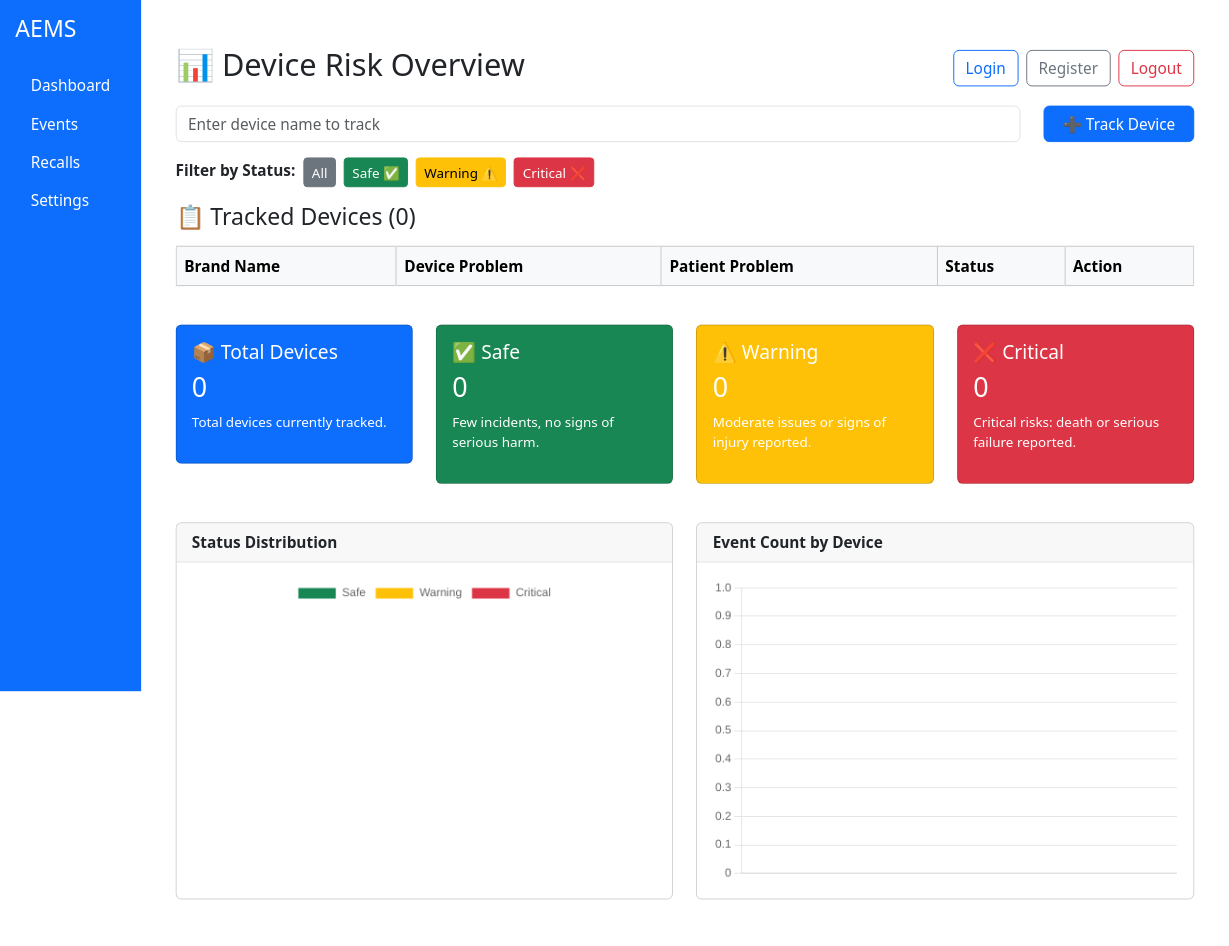
Repository: Sarary2/AEMS_2MVP
Page: / (app in frontend/AEMS/)
An editor plug-in stored every save of this project. The page is shown before and after the next save, followed by the edit.
The browser window is 1280 px wide. The pictures show the whole page, at 96% of full size.
The page's requests for data from a server got no answer. The project was rebuilt for these pictures with package versions that can differ from the ones it lists, and the page was loaded fresh each time. No one was signed in, and anything a server would have sent is missing. Also part of the build but not shown: frontend/AEMS/vite.config.js, frontend/AEMS/src/components/DeviceRow.jsx, frontend/AEMS/src/pages/Events.jsx, frontend/AEMS/src/firebase.js, frontend/AEMS/src/pages/Login.jsx, frontend/AEMS/src/pages/Register.jsx.

Above is the page before, as saved 2025-05-06 13:10:11.

### frontend/AEMS/src/main.jsx
import React from 'react';
import ReactDOM from 'react-dom/client';
import App from './App.jsx';
import 'bootstrap/dist/css/bootstrap.min.css';

ReactDOM.createRoot(document.getElementById('root')).render(
  <React.StrictMode>
    <App />
  </React.StrictMode>
);

### frontend/AEMS/src/App.jsx
import { BrowserRouter as Router, Routes, Route, useLocation } from 'react-router-dom';
import Sidebar from './components/Sidebar';
import Dashboard from './pages/Dashboard';
import Events from './pages/Events';
import Login from './pages/Login';
import Register from './pages/Register';

function LayoutWithSidebar({ children }) {
  return (
    <div className="d-flex">
      <Sidebar />
      <div className="p-4 flex-grow-1">
        {children}
      </div>
    </div>
  );
}

function AppRoutes() {
  const location = useLocation();
  const hideSidebar = ['/login', '/register'].includes(location.pathname);

  return hideSidebar ? (
    <Routes>
      <Route path="/login" element={<Login />} />
      <Route path="/register" element={<Register />} />
    </Routes>
  ) : (
    <LayoutWithSidebar>
      <Routes>
        <Route path="/" element={<Dashboard />} />
        <Route path="/events" element={<Events />} />
      </Routes>
    </LayoutWithSidebar>
  );
}

export default function App() {
  return (
    <Router>
      <AppRoutes />
    </Router>
  );
}

### frontend/AEMS/src/components/Sidebar.jsx
import { Link } from 'react-router-dom';

export default function Sidebar() {
  return (
    <div className="bg-primary text-white vh-100 p-3">
      <h4 className="text-white">AEMS</h4>
      <ul className="nav flex-column mt-4">
        <li className="nav-item"><Link className="nav-link text-white" to="/">Dashboard</Link></li>
        <li className="nav-item"><Link className="nav-link text-white" to="/events">Events</Link></li>
        <li className="nav-item"><Link className="nav-link text-white" to="/recalls">Recalls</Link></li>
        <li className="nav-item"><Link className="nav-link text-white" to="/settings">Settings</Link></li>
        <li className="nav-item">
  <a className="nav-link" href="/tracked">My Devices</a>
</li>
      </ul>
    </div>
  );
}

### frontend/AEMS/src/pages/Dashboard.jsx
import { useEffect, useState } from 'react';
import { useNavigate } from 'react-router-dom';
import StatCard from '../components/StatCard';
import DeviceRow from '../components/DeviceRow';
import StatusChart from '../components/StatusChart';
import EventsChart from '../components/EventsChart';

export default function Dashboard() {
  const [devices, setDevices] = useState([]);
  const [filter, setFilter] = useState('All');
  const [tracked, setTracked] = useState(() =>
    JSON.parse(localStorage.getItem('trackedDevices') || '[]')
  );
  const [deviceInput, setDeviceInput] = useState('');
  const navigate = useNavigate();

  useEffect(() => {
    fetch('http://localhost:5001/api/devices/all')
      .then(res => res.json())
      .then(data => setDevices(data))
      .catch(err => console.error('Failed to fetch devices', err));
  }, []);

  const handleTrackAdd = () => {
    const input = deviceInput.trim().toLowerCase();
    if (!input || tracked.includes(input)) return;
    const updated = [...tracked, input];
    setTracked(updated);
    localStorage.setItem('trackedDevices', JSON.stringify(updated));
    setDeviceInput('');
  };

  const handleTrackRemove = (brandName) => {
    const normalized = tracked.find(t => brandName.toLowerCase().includes(t));
    if (!normalized) return;
    const updated = tracked.filter(t => t !== normalized);
    setTracked(updated);
    localStorage.setItem('trackedDevices', JSON.stringify(updated));
  };

  const matchedTrackedDevices = devices.filter(d =>
    tracked.some(t => d.brandName.toLowerCase().includes(t))
  );

  const filteredDevices =
    filter === 'All'
      ? matchedTrackedDevices
      : matchedTrackedDevices.filter(d => d.status === filter);

  const getStatusCounts = () => {
    const safe = filteredDevices.filter(d => d.status === 'Safe').length;
    const warning = filteredDevices.filter(d => d.status === 'Warning').length;
    const critical = filteredDevices.filter(d => d.status === 'Critical').length;
    return {
      total: filteredDevices.length,
      safe,
      warning,
      critical,
    };
  };

  const { total, safe, warning, critical } = getStatusCounts();

  const statusIcons = {
    Safe: '✅',
    Warning: '⚠️',
    Critical: '❌',
  };

  return (
    <div className="container-fluid">
      <div className="d-flex justify-content-between align-items-center mt-4 mb-3">
        <h2>📊 Device Risk Overview</h2>
        <div>
          <button className="btn btn-outline-primary me-2" onClick={() => navigate('/login')}>Login</button>
          <button className="btn btn-outline-secondary me-2" onClick={() => navigate('/register')}>Register</button>
          <button className="btn btn-outline-danger" onClick={() => alert('🔒 Logged out')}>Logout</button>
        </div>
      </div>

      <div className="mb-3 row">
        <div className="col-md-10">
          <input
            placeholder="Enter device name to track"
            className="form-control"
            value={deviceInput}
            onChange={(e) => setDeviceInput(e.target.value)}
          />
        </div>
        <div className="col-md-2">
          <button className="btn btn-primary w-100" onClick={handleTrackAdd}>
            ➕ Track Device
          </button>
        </div>
      </div>

      <div className="mb-3">
        <strong>Filter by Status:</strong>{' '}
        {['All', 'Safe', 'Warning', 'Critical'].map((s) => (
          <button
            key={s}
            className={`btn btn-sm mx-1 btn-${s === 'All' ? 'secondary' : s === 'Safe' ? 'success' : s === 'Warning' ? 'warning' : 'danger'}`}
            onClick={() => setFilter(s)}
          >
            {s} {statusIcons[s] || ''}
          </button>
        ))}
      </div>

      <h4>📋 Tracked Devices ({filteredDevices.length})</h4>
      <div className="table-responsive mb-4">
        <table className="table table-striped table-bordered mt-2">
          <thead className="table-light">
            <tr>
              <th>Brand Name</th>
              <th>Device Problem</th>
              <th>Patient Problem</th>
              <th>Status</th>
              <th>Action</th>
            </tr>
          </thead>
          <tbody>
            {filteredDevices.map((device, i) => (
              <DeviceRow key={i} device={device} onRemove={handleTrackRemove} />
            ))}
          </tbody>
        </table>
      </div>

      <div className="row mb-4">
        <StatCard title="Total Devices" count={total} />
        <StatCard title="Safe" count={safe} />
        <StatCard title="Warning" count={warning} />
        <StatCard title="Critical" count={critical} />
      </div>

      <div className="row mb-4">
        <div className="col-md-6">
          <StatusChart data={{ Safe: safe, Warning: warning, Critical: critical }} />
        </div>
        <div className="col-md-6">
          <EventsChart devices={filteredDevices} />
        </div>
      </div>
    </div>
  );
}

### frontend/AEMS/src/components/StatCard.jsx
import React from 'react';

const statusDetails = {
  "Safe": {
    icon: "✅",
    explanation: "Few incidents, no signs of serious harm.",
    color: "success"
  },
  "Warning": {
    icon: "⚠️",
    explanation: "Moderate issues or signs of injury reported.",
    color: "warning"
  },
  "Critical": {
    icon: "❌",
    explanation: "Critical risks: death or serious failure reported.",
    color: "danger"
  },
  "Total Devices": {
    icon: "📦",
    explanation: "Total devices currently tracked.",
    color: "primary"
  }
};

export default function StatCard({ title, count }) {
  const details = statusDetails[title] || {
    icon: "📊",
    explanation: "Summary of device activity.",
    color: "secondary"
  };

  return (
    <div className="col-md-3 mb-3">
      <div className={`card text-white bg-${details.color}`}>
        <div className="card-body">
          <h5 className="card-title">
            {details.icon} {title}
          </h5>
          <h3 className="card-text">{count}</h3>
          <p className="small">{details.explanation}</p>
        </div>
      </div>
    </div>
  );
}

### frontend/AEMS/src/components/StatusChart.jsx
import { Pie } from 'react-chartjs-2';
import { Chart as ChartJS, ArcElement, Tooltip, Legend } from 'chart.js';

ChartJS.register(ArcElement, Tooltip, Legend);

export default function StatusChart({ data }) {
  const chartData = {
    labels: ['Safe', 'Warning', 'Critical'],
    datasets: [
      {
        data: [data.Safe, data.Warning, data.Critical],
        backgroundColor: ['#198754', '#ffc107', '#dc3545'],
        borderWidth: 1,
      },
    ],
  };

  const chartOptions = {
    responsive: true,
    maintainAspectRatio: false,
    plugins: {
      legend: { position: 'top' },
    },
  };

  return (
    <div className="card h-100">
      <div className="card-header fw-semibold">Status Distribution</div>
      <div className="card-body" style={{ height: '350px' }}>
        <Pie data={chartData} options={chartOptions} />
      </div>
    </div>
  );
}

### frontend/AEMS/src/components/EventsChart.jsx
import { useEffect, useRef } from 'react';
import Chart from 'chart.js/auto';

export default function EventsChart({ devices }) {
  const chartRef = useRef(null);
  const canvasRef = useRef(null);

  useEffect(() => {
    const ctx = canvasRef.current;
    if (!ctx) return;

    const deviceCounts = devices.reduce((acc, d) => {
      const name = d.brandName || 'Unknown';
      acc[name] = (acc[name] || 0) + 1;
      return acc;
    }, {});

    const chartData = {
      labels: Object.keys(deviceCounts),
      datasets: [
        {
          label: 'Number of Events',
          data: Object.values(deviceCounts),
          backgroundColor: '#0d6efd',
        },
      ],
    };

    if (chartRef.current) chartRef.current.destroy();

    chartRef.current = new Chart(ctx, {
      type: 'bar',
      data: chartData,
      options: {
        responsive: true,
        maintainAspectRatio: false,
        plugins: {
          legend: { display: false },
        },
        scales: {
          x: { ticks: { autoSkip: false, maxRotation: 45, minRotation: 45 } },
        },
      },
    });

    return () => {
      if (chartRef.current) chartRef.current.destroy();
    };
  }, [devices]);

  return (
    <div className="card h-100">
      <div className="card-header fw-semibold">Event Count by Device</div>
      <div className="card-body" style={{ height: '350px' }}>
        <canvas ref={canvasRef}></canvas>
      </div>
    </div>
  );
}

### frontend/AEMS/src/components/RecallsPanel.jsx
export default function RecallsPanel({ recalls }) {
    return (
      <div className="card h-100">
        <div className="card-header fw-semibold">Recent Recalls</div>
        <div className="card-body p-0">
          {recalls.length === 0 ? (
            <p className="text-muted text-center py-3">No recent recalls reported.</p>
          ) : (
            <table className="table mb-0 table-sm table-striped">
              <thead className="table-light">
                <tr>
                  <th>Brand</th>
                  <th>Reason</th>
                  <th>Date</th>
                </tr>
              </thead>
              <tbody>
                {recalls.map((r, i) => (
                  <tr key={i}>
                    <td><strong>{r.brandName}</strong></td>
                    <td>{r.recallReason}</td>
                    <td>{r.recallDate}</td>
                  </tr>
                ))}
              </tbody>
            </table>
          )}
        </div>
      </div>
    );
  }

Loaded but not shown: frontend/AEMS/index.html (common file)

After the next save:
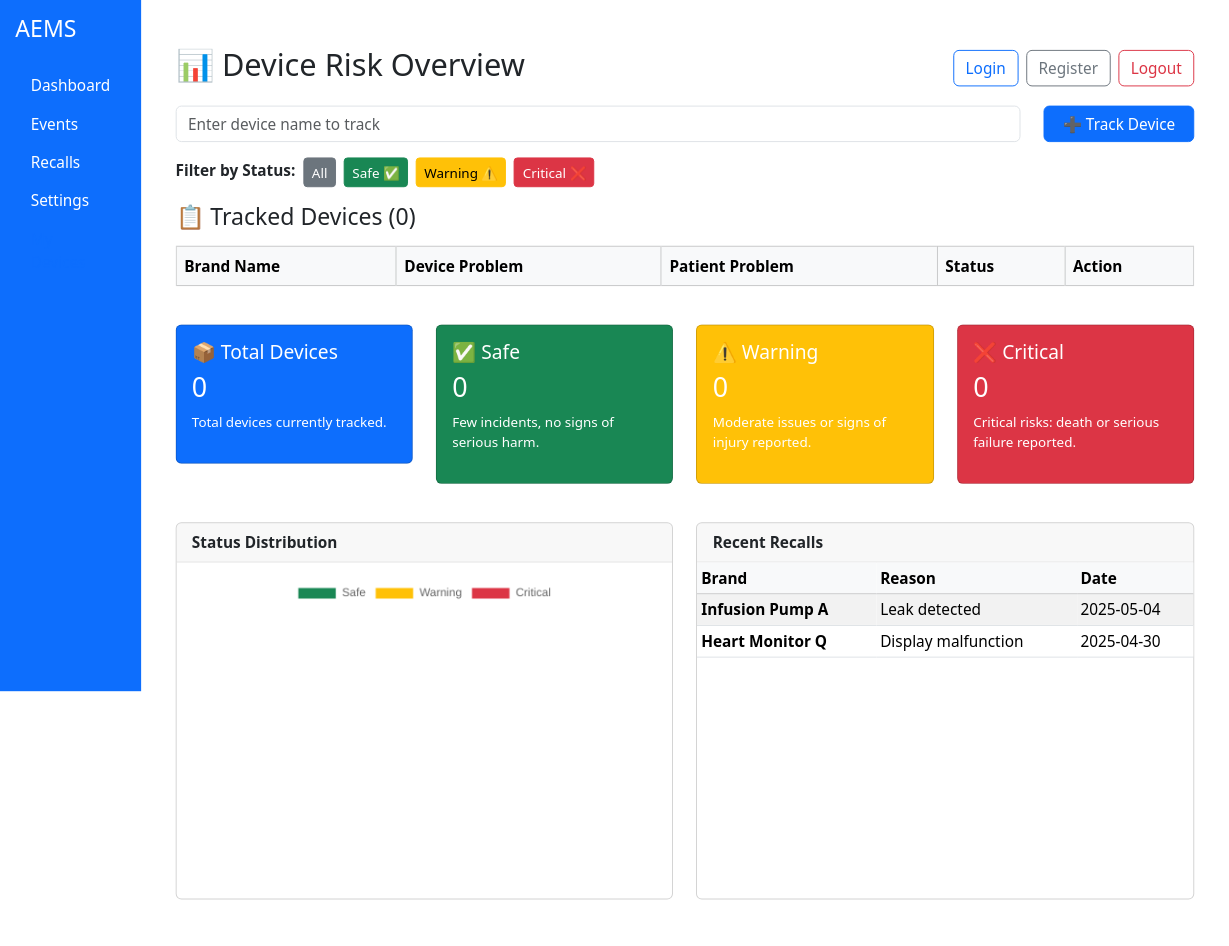
Saved 79 s later.
--- a/frontend/AEMS/src/pages/Dashboard.jsx
+++ b/frontend/AEMS/src/pages/Dashboard.jsx
@@ -3,7 +3,7 @@ import { useNavigate } from 'react-router-dom';
 import StatCard from '../components/StatCard';
 import DeviceRow from '../components/DeviceRow';
 import StatusChart from '../components/StatusChart';
-import EventsChart from '../components/EventsChart';
+import RecallsPanel from '../components/RecallsPanel'; // <-- NEW
 
 export default function Dashboard() {
   const [devices, setDevices] = useState([]);
@@ -66,6 +66,12 @@ export default function Dashboard() {
     Warning: '⚠️',
     Critical: '❌',
   };
+
+  // Temporary dummy recalls
+  const dummyRecalls = [
+    { brandName: 'Infusion Pump A', recallReason: 'Leak detected', recallDate: '2025-05-04' },
+    { brandName: 'Heart Monitor Q', recallReason: 'Display malfunction', recallDate: '2025-04-30' },
+  ];
 
   return (
     <div className="container-fluid">
@@ -139,7 +145,7 @@ export default function Dashboard() {
           <StatusChart data={{ Safe: safe, Warning: warning, Critical: critical }} />
         </div>
         <div className="col-md-6">
-          <EventsChart devices={filteredDevices} />
+          <RecallsPanel recalls={dummyRecalls} />
         </div>
       </div>
     </div>
